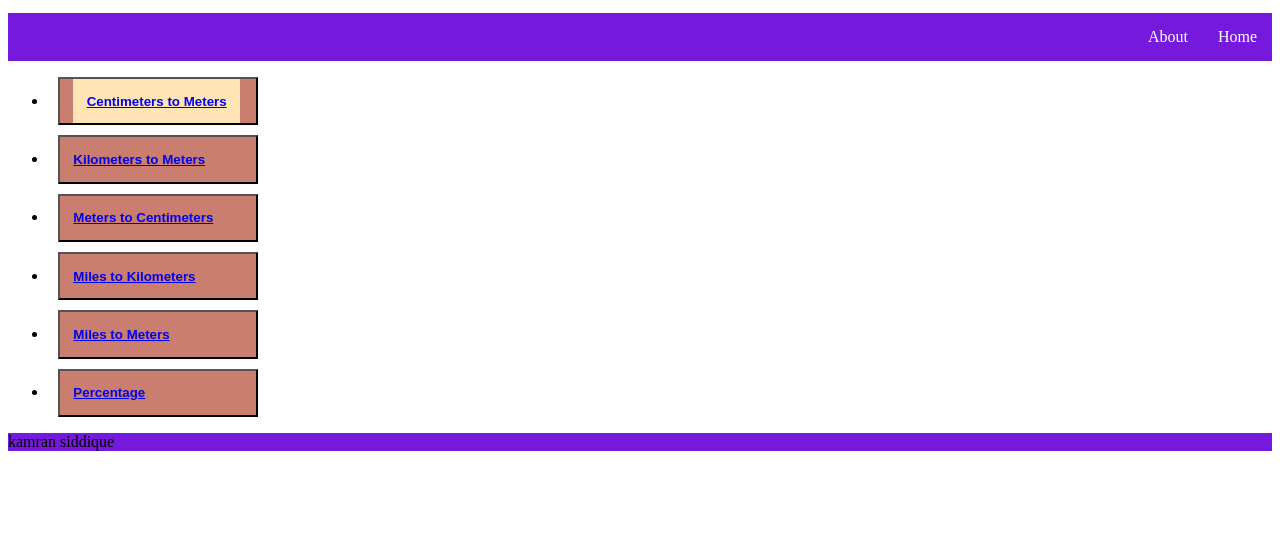
Repository: Kamrangujjar85112/Length-Converter
Page: html/home.html
These files come from the project's save history. The page is drawn as it stood at one moment and after the next save; the edit follows.
The browser window is 1280 px wide. The pictures show the whole page.
The pointer rests on the first visible `button a`.

Above is the page before, as saved 2022-01-21 03:15:27.

After the next save:
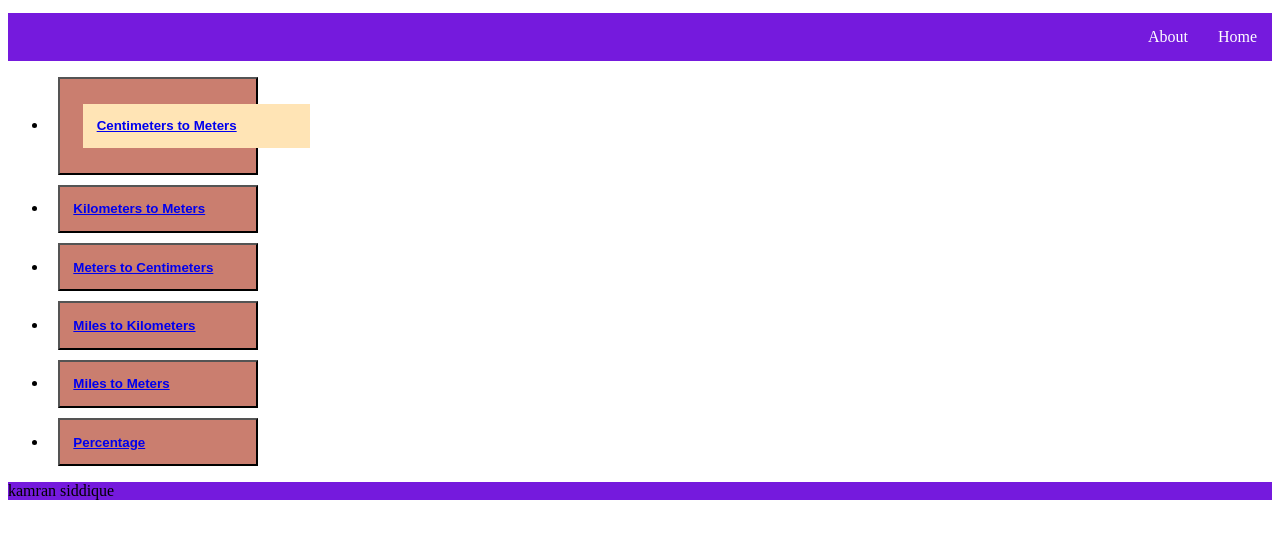
Saved 18 s later.
--- a/css/style.css
+++ b/css/style.css
@@ -40,8 +40,12 @@
 }
     button a:hover{
         background-color: moccasin;
+        margin: 10px;
         padding: 1.1em 1em;
+        font-weight:bold;
         width:200px;
+        display: block;
+        text-align:justify;
     }
 
 
